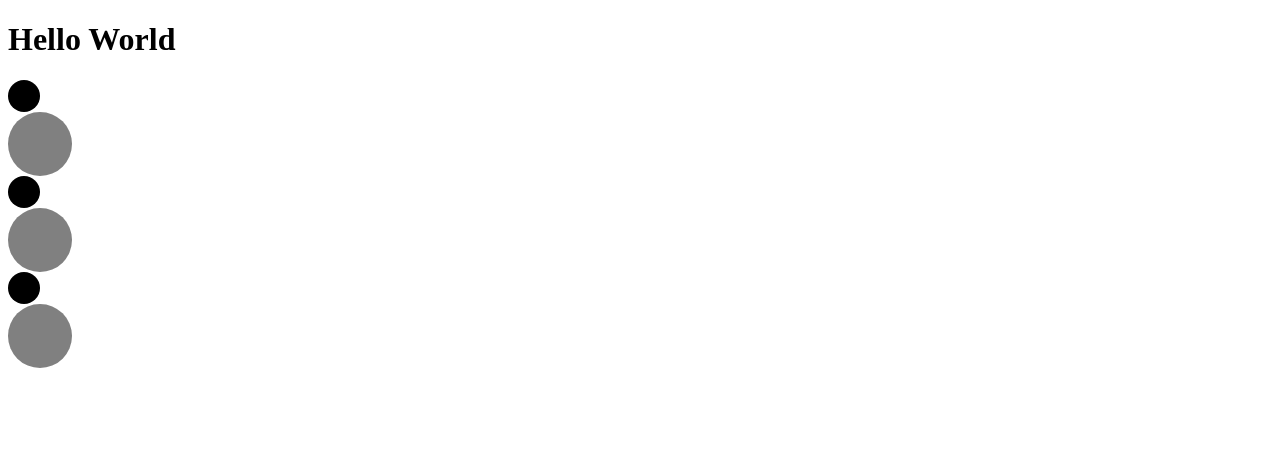
Repository: sarahlochhead/css-demo
Page: index.html
An editor plug-in stored every save of this project. The page is shown before and after the next save, followed by the edit.
The browser window is 1280 px wide. The pictures show the whole page.

Above is the page before, as saved 2023-04-28 12:27:04.

### index.html
<!DOCTYPE html>
<html lang="en">
<head>
    <meta charset="UTF-8">
    <meta http-equiv="X-UA-Compatible" content="IE=edge">
    <meta name="viewport" content="width=device-width, initial-scale=1.0">
    <title>Light It Up Demo</title>
    <link rel="stylesheet" href="styles.css">
</head>
<body>
    <header>
        <h1>Hello World</h1>
    </header>
    <div>
        <div class="small"></div>
        <div class="medium"></div>
        <div class="small"></div>
        <div class="medium"></div>
        <div class="small"></div>
        <div class="medium"></div>
    </div>









</body>
</html>

### styles.css
@charset "utf-8";

/* h1 {
    position: absolute;
    top: 50%;
    font-size: 5rem;
    margin: 0 auto;
} */

.small {
    height: 2rem;
    width: 2rem;
    border-radius: 100%;
    background-color: black;
}

.medium {
    height: 4rem;
    width: 4rem;
    border-radius: 100%;
    background-color: grey;
}

After the next save:
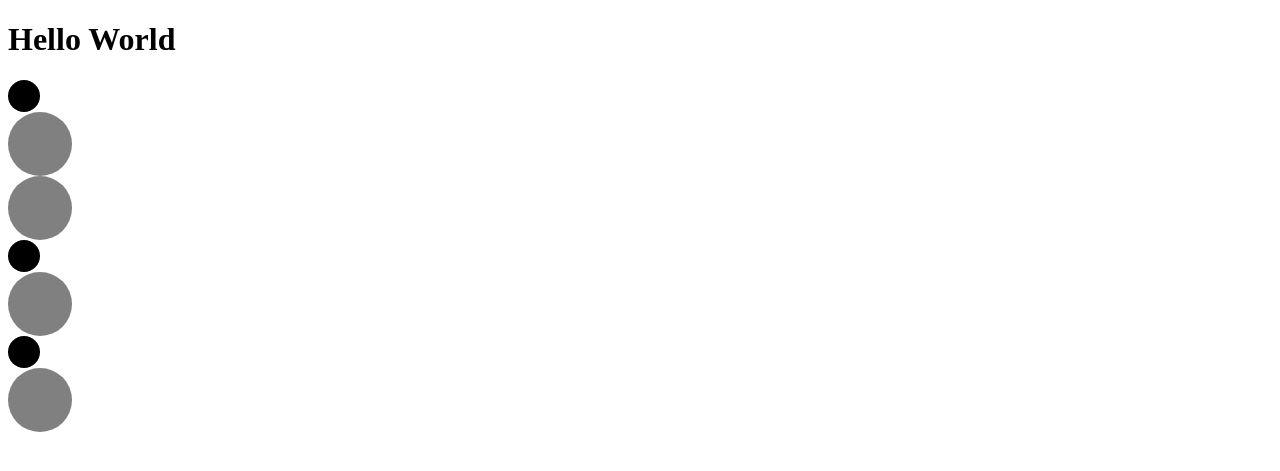
Saved 60 s later.
--- a/index.html
+++ b/index.html
@@ -13,6 +13,7 @@
     </header>
     <div>
         <div class="small"></div>
+        <div class="medium"></div>
         <div class="medium"></div>
         <div class="small"></div>
         <div class="medium"></div>

After the save that followed:
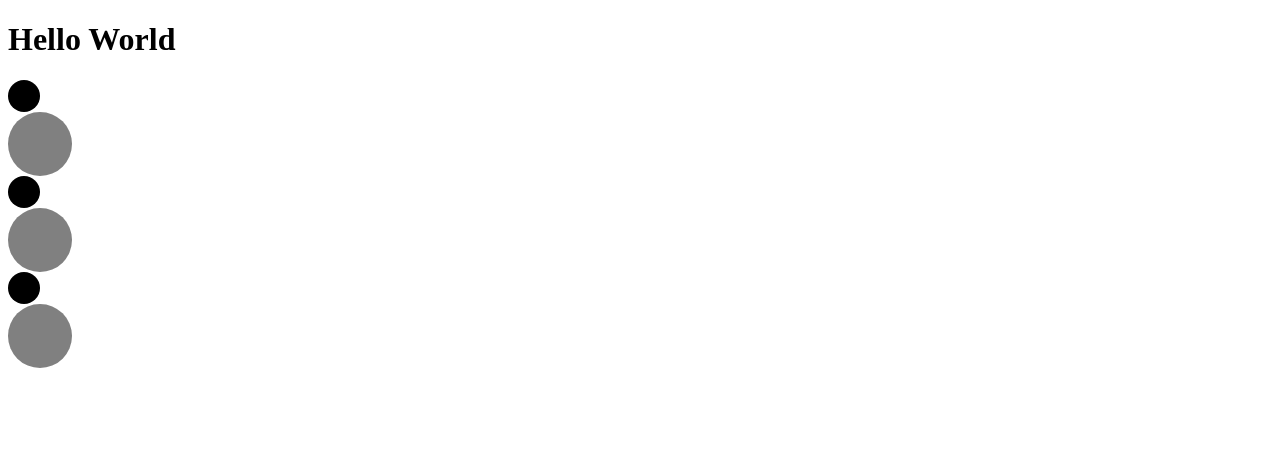
Saved 4 s later.
--- a/index.html
+++ b/index.html
@@ -14,7 +14,7 @@
     <div>
         <div class="small"></div>
         <div class="medium"></div>
-        <div class="medium"></div>
+        <div class="large"></div>
         <div class="small"></div>
         <div class="medium"></div>
         <div class="small"></div>
